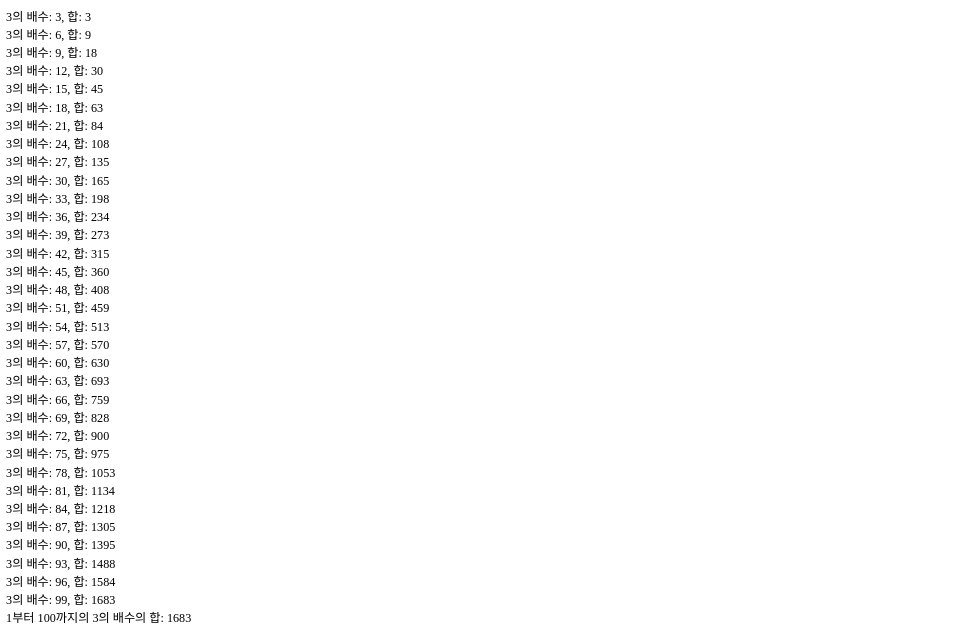
Repository: Mildous/HKIT-BackendClass
Page: http://localhost/jspExam/Q2.jsp
These files come from the project's save history. The page is drawn as it stood at one moment and after the next save; the edit follows.
The browser window is 1280 px wide. The pictures show the whole page, at 76% of full size.
The page is served by Tomcat 9.

Above is the page before, as saved 2022-08-25 05:04:57.

### workspace/jsp/jspExam/WebContent/Q2.jsp
<%@ page language="java" contentType="text/html; charset=UTF-8"
    pageEncoding="UTF-8"%>
<!DOCTYPE html>
<html>
<head>
<meta charset="UTF-8">
<title>Insert title here</title>
</head>
<body>
<%
	int total = 0;
	for(int i=3; i<=100; i++) {
		if(i % 3 == 0) {
			total += i;
		} else {
			continue;
		}
		out.println("3의 배수: " + i + ", 합: " + total + "<br>");
	}
	out.println("1부터 100까지의 3의 배수의 합: " + total);

%>
</body>
</html>

After the next save:
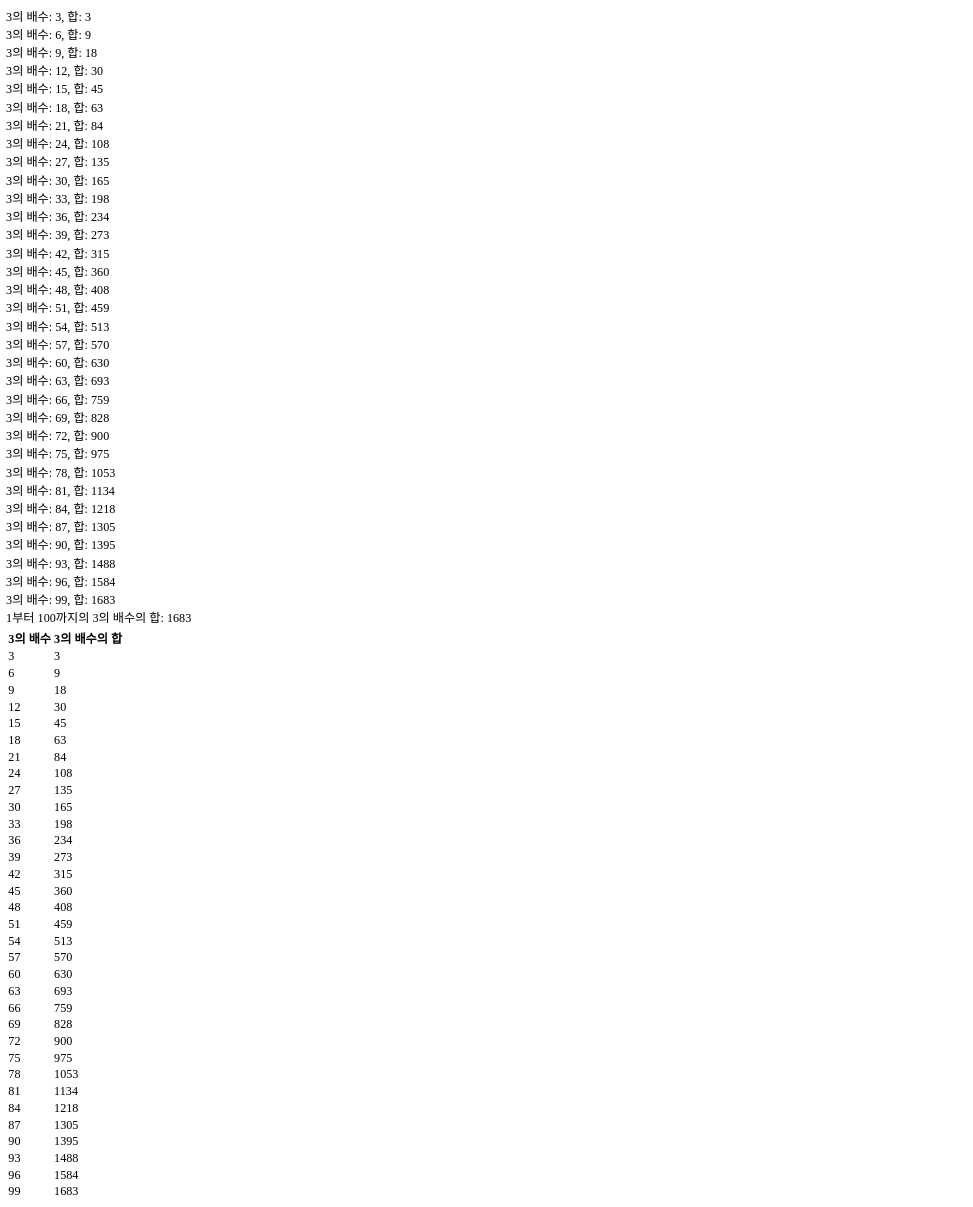
Saved 2 min 33 s later.
--- a/workspace/jsp/jspExam/WebContent/Q2.jsp
+++ b/workspace/jsp/jspExam/WebContent/Q2.jsp
@@ -7,6 +7,11 @@
 <title>Insert title here</title>
 </head>
 <body>
+<table>
+<tr>
+	<th>3의 배수</th>
+	<th>3의 배수의 합</th>
+</tr>
 <%
 	int total = 0;
 	for(int i=3; i<=100; i++) {
@@ -15,10 +20,17 @@
 		} else {
 			continue;
 		}
+%>
+<tr>
+	<td><%= i %></td>
+	<td><%= total %></td>
+</tr>
+<%
 		out.println("3의 배수: " + i + ", 합: " + total + "<br>");
 	}
 	out.println("1부터 100까지의 3의 배수의 합: " + total);
 
 %>
+</table>
 </body>
 </html>
